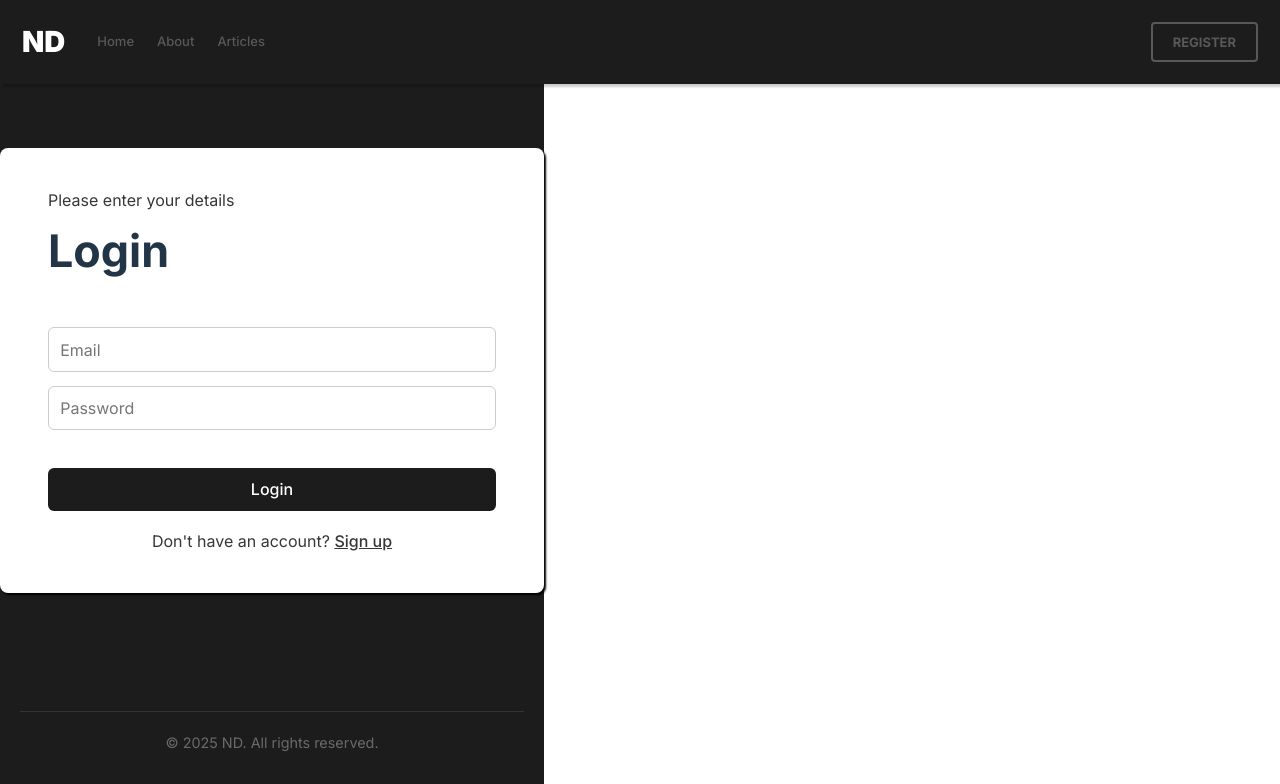
Repository: neomdavid/advancedwebprogramming
Page: /login
An editor plug-in stored every save of this project. The page is shown before and after the next save, followed by the edit.
The browser window is 1280 px wide. The pictures show the whole page.
The project was rebuilt for these pictures with package versions that can differ from the ones it lists, and the page was loaded fresh each time. Also part of the build but not shown: vite.config.js, src/styles/AboutPage.css, src/pages/AboutPAge.jsx, src/styles/ArticleList.css, src/article-content.js, src/components/ArticleList.jsx, src/pages/ArticleListPage.jsx, src/styles/ArticlePage.css and 7 more.

Above is the page before, as saved 2025-04-22 08:57:08.

After the next save:
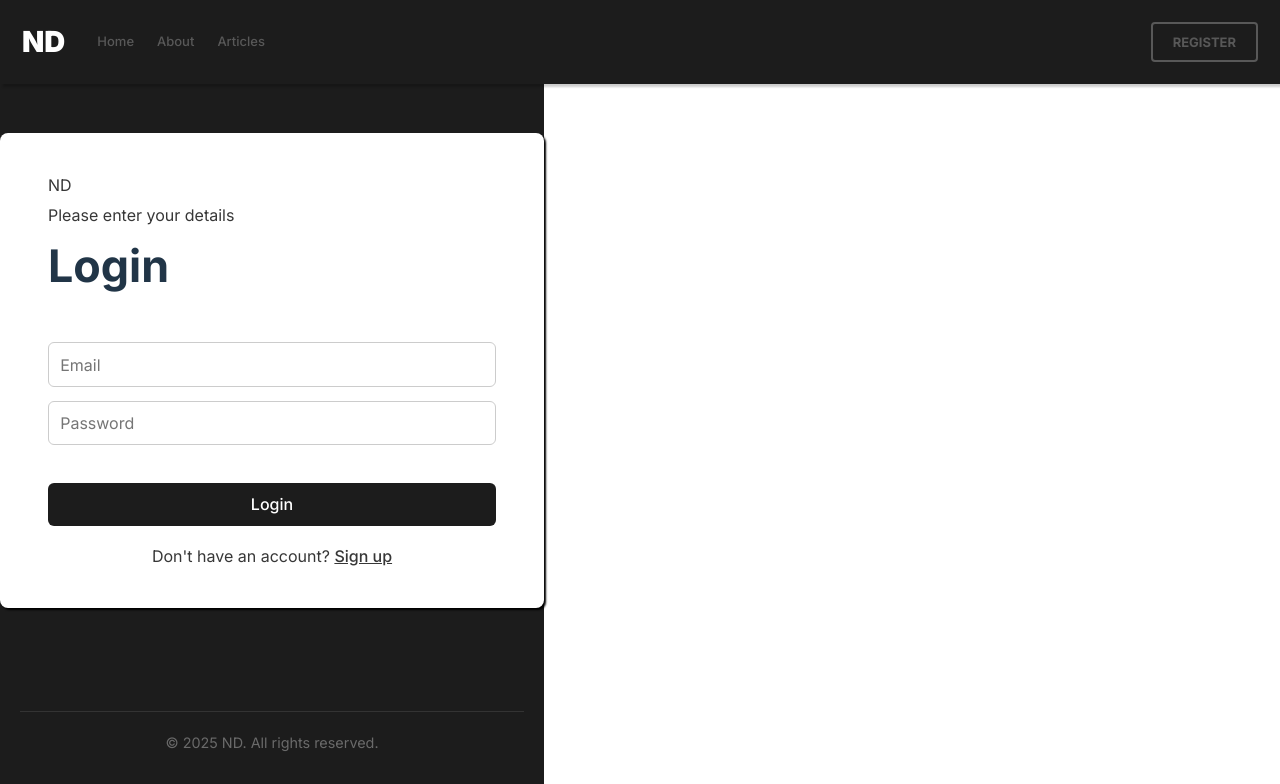
Saved 2 min 16 s later.
--- a/src/pages/LoginPage.jsx
+++ b/src/pages/LoginPage.jsx
@@ -19,6 +19,9 @@ const LoginPage = () => {
   return (
     <main>
       <div className="card">
+        <div className="card-bg">
+          <p>ND</p>
+        </div>
         <p>Please enter your details</p>
         <h2>Login</h2>
         <input

After the save that followed:
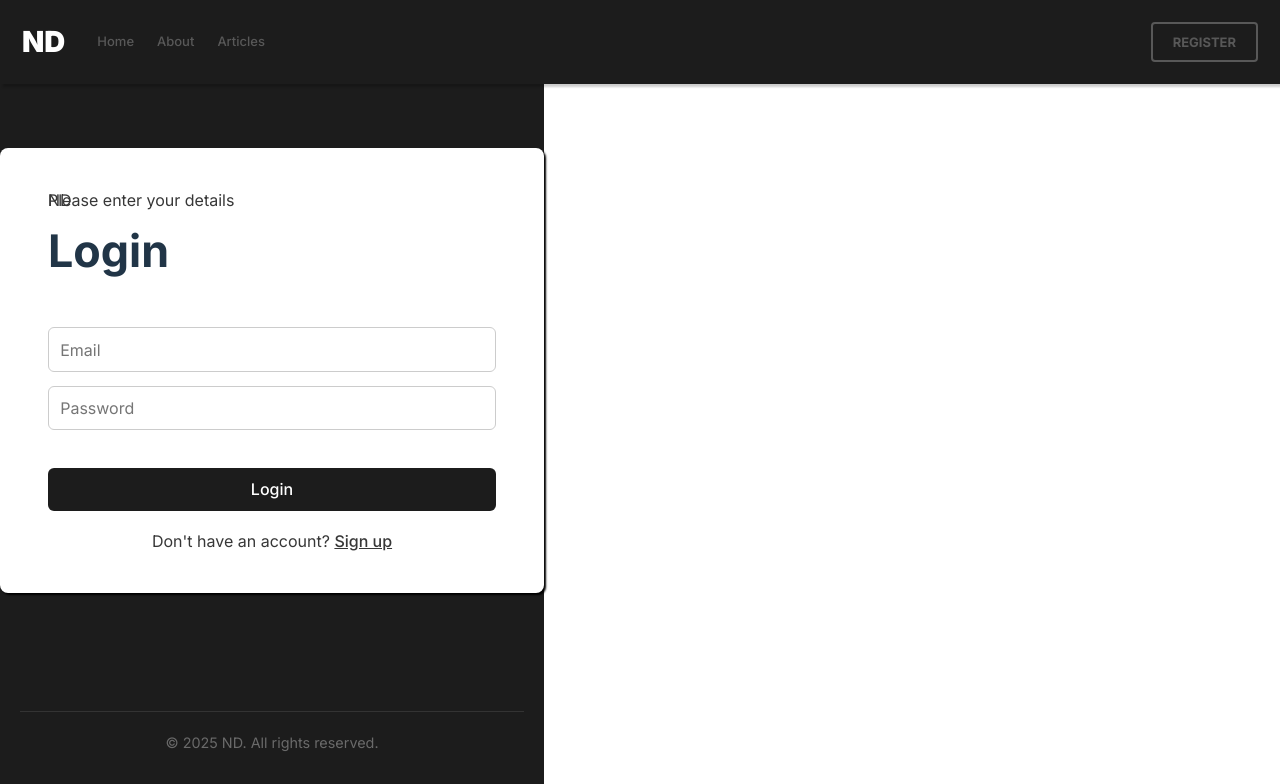
Saved 12 s later.
--- a/src/styles/LoginPage.css
+++ b/src/styles/LoginPage.css
@@ -16,6 +16,7 @@ main {
   width: 35vw;
   min-width: 250px;
   max-width: 500px;
+  position: relative;
 }
 
 .card p {
@@ -66,3 +67,7 @@ main {
 .signup-text a:hover {
   color: rgba(0, 0, 0, 0.329);
 }
+
+.card-bg {
+  position: absolute;
+}
